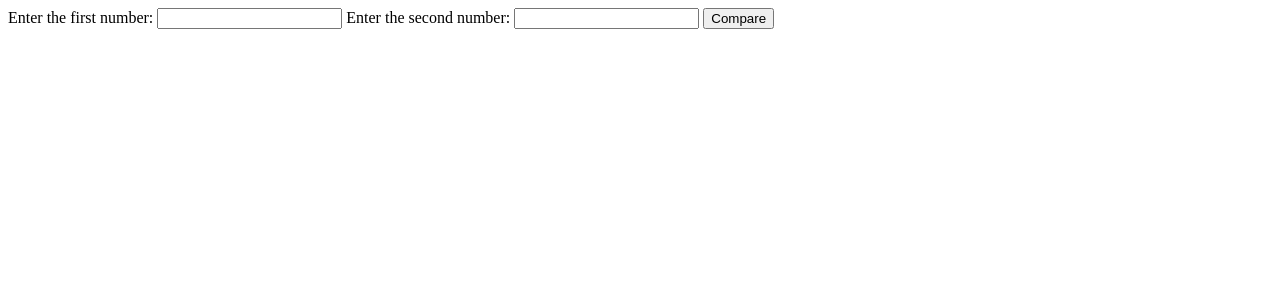
Repository: maliking/making
Page: http://localhost/challenges/challenge4/index.php
The author's editor kept a record of every edit. The page is drawn from the files as they stood at one moment, then again after the next edit.
The browser window is 1280 px wide. The pictures show the whole page.
The page is run by PHP 8.4 with error messages shown; the project is at /var/www/html/.

Above is the page before.

### challenges/challenge4/index.php
<!DOCTYPE html>
<html>

<head>
    <title> </title>
</head>

<body>
    Enter the first number: <input type="text" id="numOne" />
    Enter the second number: <input type="text" id="numTwo" />
    <button onclick="compareNumber()" value="Compare" name="compare" id="compare">Compare</button>

    <h2 id="answer"></h2>
    <h2 id="error"></h2>
</body>

<script>
    var numOne;
    var numTwo;


    function compareNumber() {
        numOne = document.getElementById("numOne").value;
        numTwo = document.getElementById("numTwo").value;

        if ((numOne || numTwo) < 1) {
            document.getElementById("error").innerHTML = "Error. Please enter a number larger than 1. ";
            } else if ((numOne || numTwo) > 50) {
                document.getElementById("error").innerHTML = "Error. Please enter a number smaller than 50. ";
            } else {
                   if (numOne > numTwo) {
                    document.getElementById("answer").innerHTML = numOne + " is greater than " + numTwo;
                } else if (numTwo > numOne) {
                    document.getElementById("answer").innerHTML = numTwo + " is greater than " + numOne;
                } else {
                    document.getElementById("answer").innerHTML = numOne + " is equal to " + numTwo;
                }
            }

    }
</script>

</html>

After the next edit:
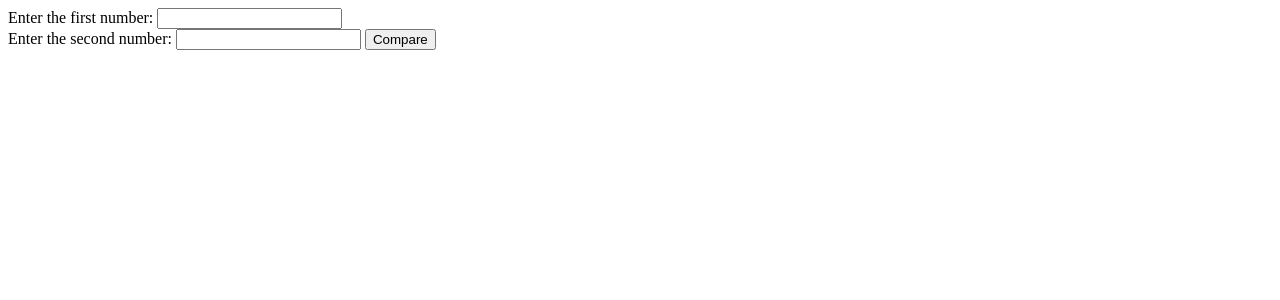
The edit:
--- a/challenges/challenge4/index.php
+++ b/challenges/challenge4/index.php
@@ -6,7 +6,7 @@
 </head>
 
 <body>
-    Enter the first number: <input type="text" id="numOne" />
+    Enter the first number: <input type="text" id="numOne" /><br>
     Enter the second number: <input type="text" id="numTwo" />
     <button onclick="compareNumber()" value="Compare" name="compare" id="compare">Compare</button>
 
